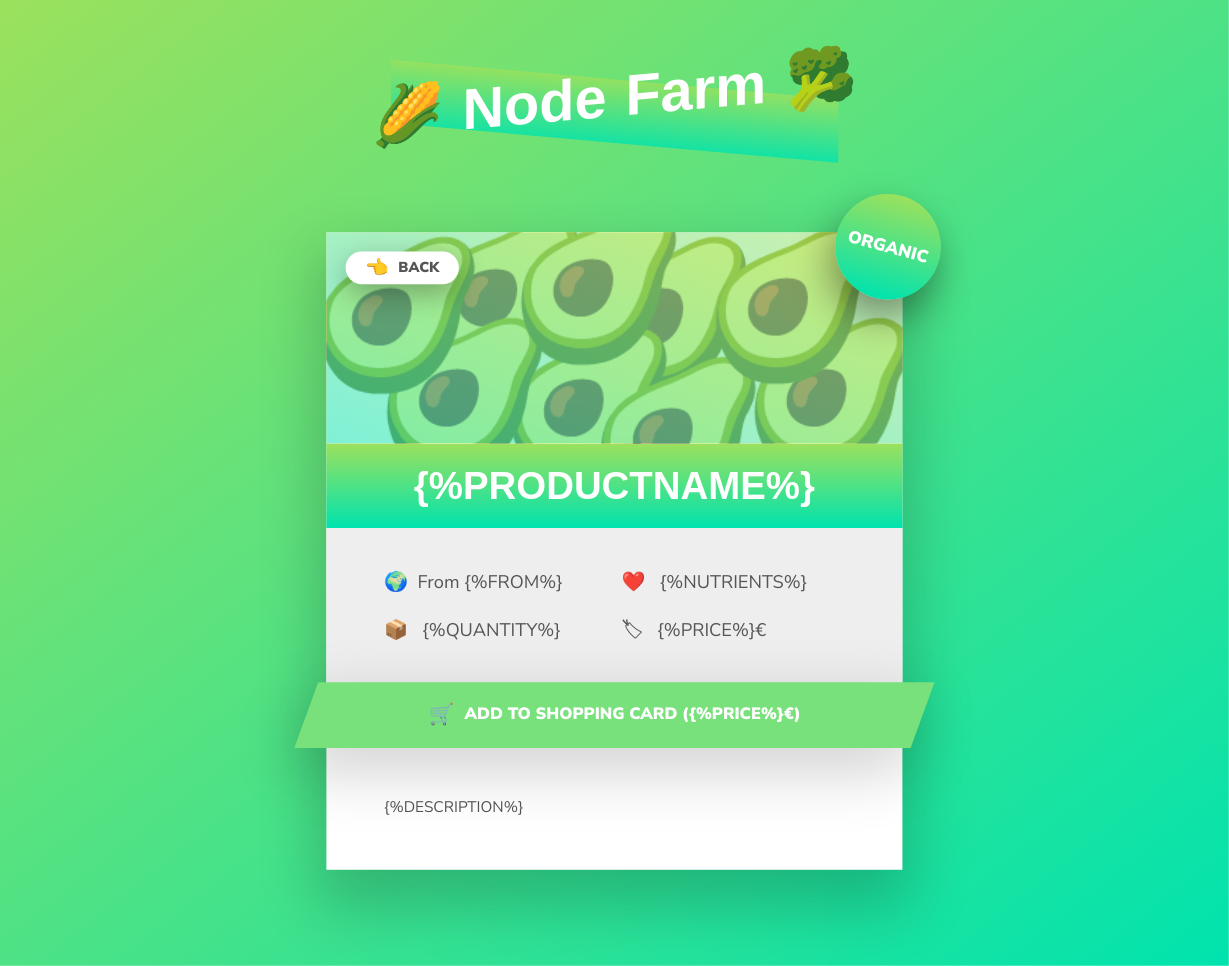
Repository: Kaii-Dev/NODEJS-by-JONAS
Page: 1-node-farm/starter/templates/product.html
An editor plug-in stored every save of this project. The page is shown before and after a run of saves, followed by the edit.
The browser window is 1280 px wide. The pictures show the whole page, at 96% of full size.
Some web fonts or font styles are not loaded; a fallback is used.

Above is the page before, as saved 2022-08-03 13:48:53.

After the next 3 saves:
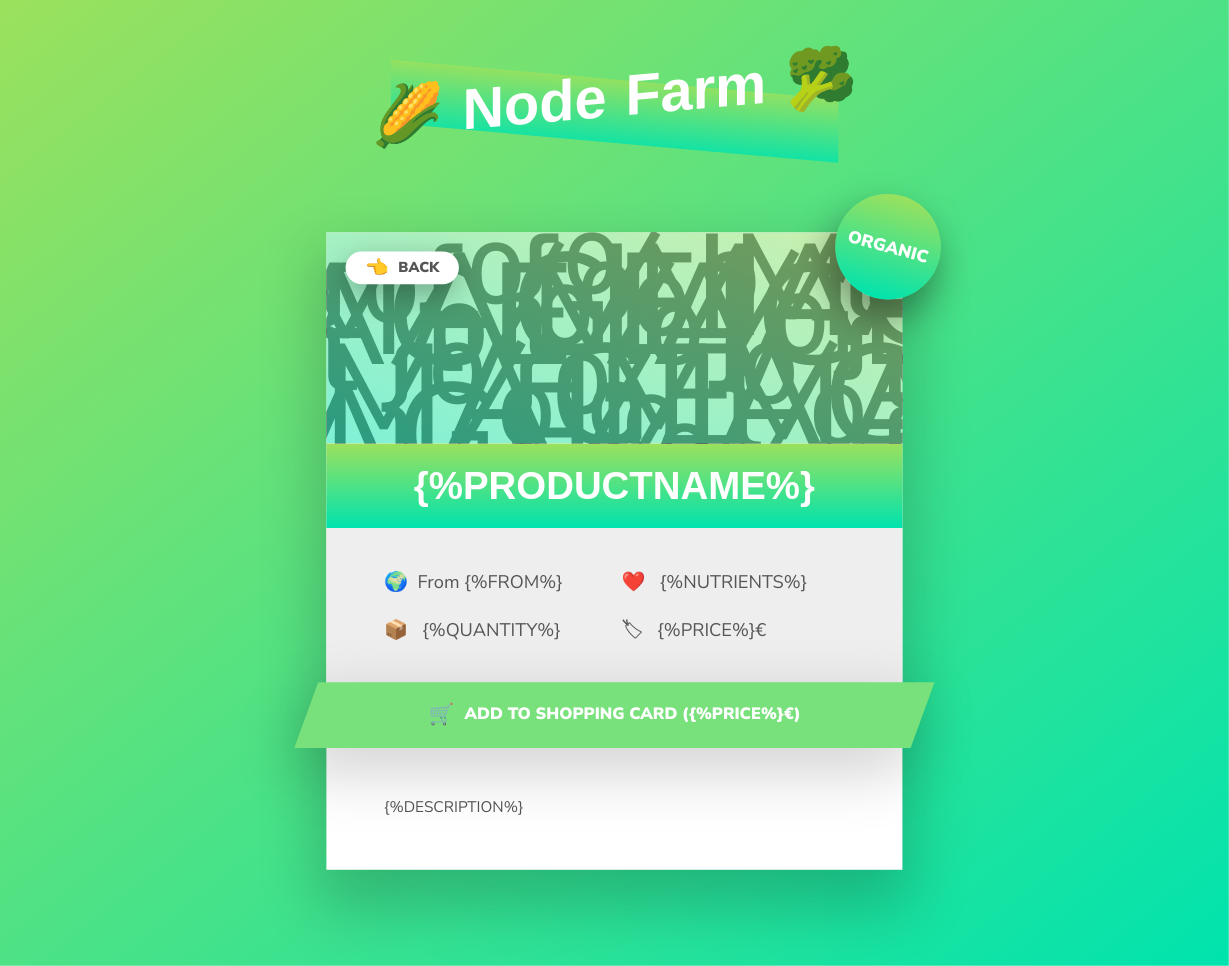
The 3 saves are shown as one change because they came seconds apart.
The last was saved 20 s later.
--- a/1-node-farm/starter/templates/product.html
+++ b/1-node-farm/starter/templates/product.html
@@ -275,15 +275,15 @@
           <span class="emoji-left">👈</span>Back
         </a>
         <div class="product__hero">
-          <span class="product__emoji product__emoji--1">🥑</span>
-          <span class="product__emoji product__emoji--2">🥑</span>
-          <span class="product__emoji product__emoji--3">🥑</span>
-          <span class="product__emoji product__emoji--4">🥑</span>
-          <span class="product__emoji product__emoji--5">🥑</span>
-          <span class="product__emoji product__emoji--6">🥑</span>
-          <span class="product__emoji product__emoji--7">🥑</span>
-          <span class="product__emoji product__emoji--8">🥑</span>
-          <span class="product__emoji product__emoji--9">🥑</span>
+          <span class="product__emoji product__emoji--1">{%IMAGE%}</span>
+          <span class="product__emoji product__emoji--2">{%IMAGE%}</span>
+          <span class="product__emoji product__emoji--3">{%IMAGE%}</span>
+          <span class="product__emoji product__emoji--4">{%IMAGE%}</span>
+          <span class="product__emoji product__emoji--5">{%IMAGE%}</span>
+          <span class="product__emoji product__emoji--6">{%IMAGE%}</span>
+          <span class="product__emoji product__emoji--7">{%IMAGE%}</span>
+          <span class="product__emoji product__emoji--8">{%IMAGE%}</span>
+          <span class="product__emoji product__emoji--9">{%IMAGE%}</span>
         </div>
         <h2 class="product__name">{%PRODUCTNAME%}</h2>
         <div class="product__details">
